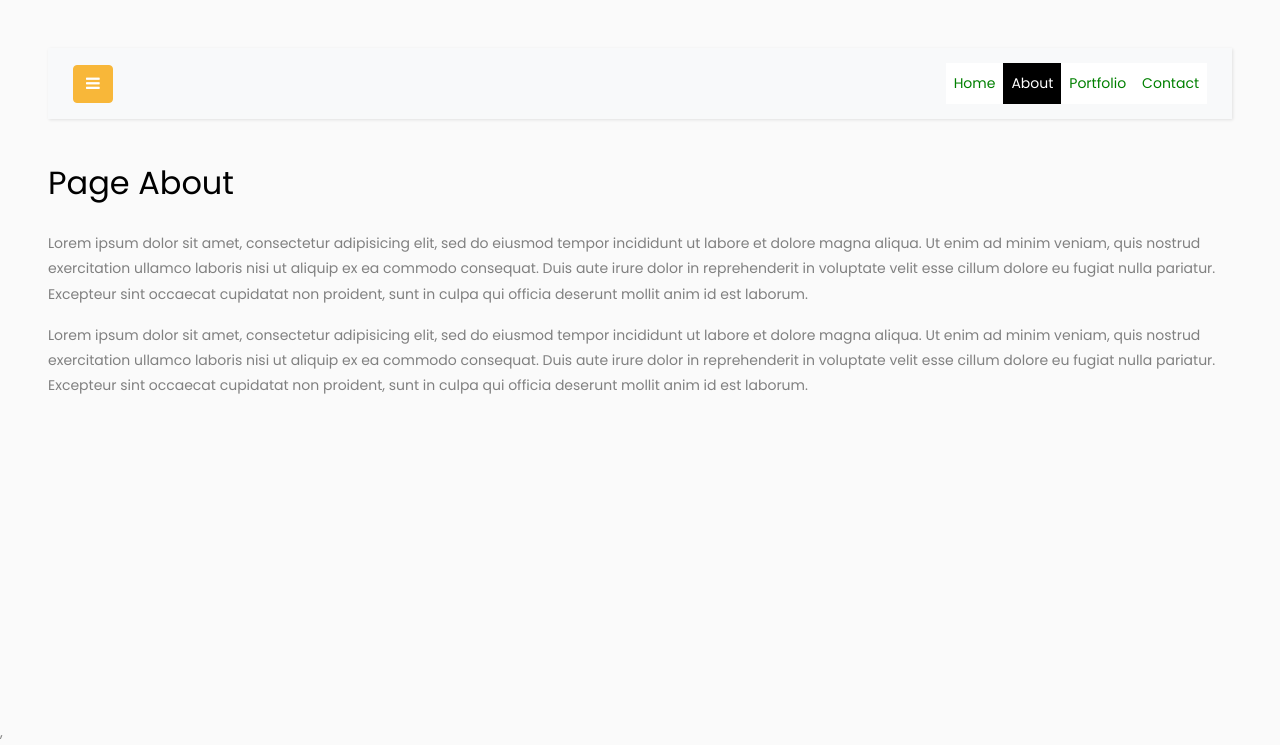
Repository: TinhTT336/MD02_Session08
Page: /about
An editor plug-in stored every save of this project. The page is shown before and after the next save, followed by the edit.
The browser window is 1280 px wide. The pictures show the whole page.
The project was rebuilt for these pictures with package versions that can differ from the ones it lists, and the page was loaded fresh each time. Also part of the build but not shown: vite.config.js, src/App.css, src/components/Lession01/Home.jsx, src/components/Lession01/Contact.jsx, src/components/Lession01/Portfolio.jsx, src/index.css.

Above is the page before, as saved 2023-09-06 15:08:31.

### index.html
<!DOCTYPE html>
<html lang="en">
  <head>
    <meta charset="UTF-8" />
    <link rel="icon" type="image/svg+xml" href="/vite.svg" />
    <meta name="viewport" content="width=device-width, initial-scale=1.0" />
    <title>Vite + React</title>
    <link
      href="https://fonts.googleapis.com/css?family=Poppins:300,400,500,600,700,800,900"
      rel="stylesheet"
    />

    <link
      rel="stylesheet"
      href="https://stackpath.bootstrapcdn.com/font-awesome/4.7.0/css/font-awesome.min.css"
    />
    <link rel="stylesheet" href="./public/style.css" />
  </head>
  <body>
    <div id="root"></div>
    <script type="module" src="/src/main.jsx"></script>
  </body>
</html>

### src/main.jsx
import React from 'react'
import ReactDOM from 'react-dom/client'
import App from './App.jsx'
import './index.css'
import { BrowserRouter } from 'react-router-dom'

ReactDOM.createRoot(document.getElementById('root')).render(
  <BrowserRouter>
    <React.StrictMode>
      <App />
    </React.StrictMode>,
  </BrowserRouter>
)

### src/App.jsx

import { NavLink, Route, Routes } from 'react-router-dom'
import './App.css'
import Home from './components/Lession01/Home'
import Contact from './components/Lession01/Contact'
import About from './components/Lession01/About'
import Portfolio from './components/Lession01/Portfolio'
import Navbar from './components/Lession01/Navbar'

function App() {
  // const styleNavLink = ({ isActive }) => ({
  //   color: isActive ? "white" : "green",
  //   backgroundColor: isActive ? "black" : "white",
  // })
  return (
    <>
      {/* <Navbar /> */}
      <div>
        <div className="wrapper d-flex align-items-stretch">
          {/* Page Content  */}
          <div id="content" className="p-4 p-md-5">
            {/* <nav className="navbar navbar-expand-lg navbar-light bg-light">
              <div className="container-fluid">
                <button type="button" id="sidebarCollapse" className="btn btn-primary">
                  <i className="fa fa-bars" />
                  <span className="sr-only">Toggle Menu</span>
                </button>
                <button
                  className="btn btn-dark d-inline-block d-lg-none ml-auto"
                  type="button"
                  data-toggle="collapse"
                  data-target="#navbarSupportedContent"
                  aria-controls="navbarSupportedContent"
                  aria-expanded="false"
                  aria-label="Toggle navigation"
                >
                  <i className="fa fa-bars" />
                </button>
                <div className="collapse navbar-collapse" id="navbarSupportedContent">
                  <ul className="nav navbar-nav ml-auto">
                    <li className="nav-item active">
                      <NavLink to={"/"} style={styleNavLink} className="nav-link">
                        Home
                      </NavLink>
                    </li>
                    <li className="nav-item">
                      <NavLink to={"/about"} style={styleNavLink} className="nav-link">
                        About
                      </NavLink>
                    </li>
                    <li className="nav-item">
                      <NavLink to={"/portfolio"} style={styleNavLink} className="nav-link" >
                        Portfolio
                      </NavLink>
                    </li>
                    <li className="nav-item">
                      <NavLink to={"/contact"} style={styleNavLink} className="nav-link" >
                        Contact
                      </NavLink>
                    </li>
                  </ul>
                </div>
              </div>
            </nav> */}
            <Navbar />
            <Routes>
              <Route path='/' element={<Home />}></Route>
              <Route path='/contact' element={<Contact />}></Route>
              <Route path='/about' element={<About />}></Route>
              <Route path='/portfolio' element={<Portfolio />}></Route>
            </Routes>
          </div>
        </div>
      </div>

    </>
  )
}

export default App

### src/components/Lession01/About.jsx
import React from 'react'

export default function About() {
    return (
        <div>
            <h2 className="mb-4">Page About</h2>
            <p>
                Lorem ipsum dolor sit amet, consectetur adipisicing elit, sed do eiusmod
                tempor incididunt ut labore et dolore magna aliqua. Ut enim ad minim
                veniam, quis nostrud exercitation ullamco laboris nisi ut aliquip ex ea
                commodo consequat. Duis aute irure dolor in reprehenderit in voluptate
                velit esse cillum dolore eu fugiat nulla pariatur. Excepteur sint occaecat
                cupidatat non proident, sunt in culpa qui officia deserunt mollit anim id
                est laborum.
            </p>
            <p>
                Lorem ipsum dolor sit amet, consectetur adipisicing elit, sed do eiusmod
                tempor incididunt ut labore et dolore magna aliqua. Ut enim ad minim
                veniam, quis nostrud exercitation ullamco laboris nisi ut aliquip ex ea
                commodo consequat. Duis aute irure dolor in reprehenderit in voluptate
                velit esse cillum dolore eu fugiat nulla pariatur. Excepteur sint occaecat
                cupidatat non proident, sunt in culpa qui officia deserunt mollit anim id
                est laborum.
            </p>
        </div>
    )
}

### src/components/Lession01/Navbar.jsx
import React from 'react'
import { NavLink } from 'react-router-dom'

export default function Navbar() {
    const styleNavLink = ({ isActive }) => ({
        color: isActive ? "white" : "green",
        backgroundColor: isActive ? "black" : "white",
    })
    return (
        <div>
            <nav className="navbar navbar-expand-lg navbar-light bg-light">
                <div className="container-fluid">
                    <button type="button" id="sidebarCollapse" className="btn btn-primary">
                        <i className="fa fa-bars" />
                        <span className="sr-only">Toggle Menu</span>
                    </button>
                    <button
                        className="btn btn-dark d-inline-block d-lg-none ml-auto"
                        type="button"
                        data-toggle="collapse"
                        data-target="#navbarSupportedContent"
                        aria-controls="navbarSupportedContent"
                        aria-expanded="false"
                        aria-label="Toggle navigation"
                    >
                        <i className="fa fa-bars" />
                    </button>
                    <div className="collapse navbar-collapse" id="navbarSupportedContent">
                        <ul className="nav navbar-nav ml-auto">
                            <li className="nav-item active">
                                <NavLink to={"/"} style={styleNavLink} className="nav-link">
                                    Home
                                </NavLink>
                            </li>
                            <li className="nav-item">
                                <NavLink to={"/about"} style={styleNavLink} className="nav-link">
                                    About
                                </NavLink>
                            </li>
                            <li className="nav-item">
                                <NavLink to={"/portfolio"} style={styleNavLink} className="nav-link" >
                                    Portfolio
                                </NavLink>
                            </li>
                            <li className="nav-item">
                                <NavLink to={"/contact"} style={styleNavLink} className="nav-link" >
                                    Contact
                                </NavLink>
                            </li>
                        </ul>
                    </div>
                </div>
            </nav>
        </div>
    )
}

Loaded but not shown: public/style.css (library); public/lession02/style.css (library)

After the next save:
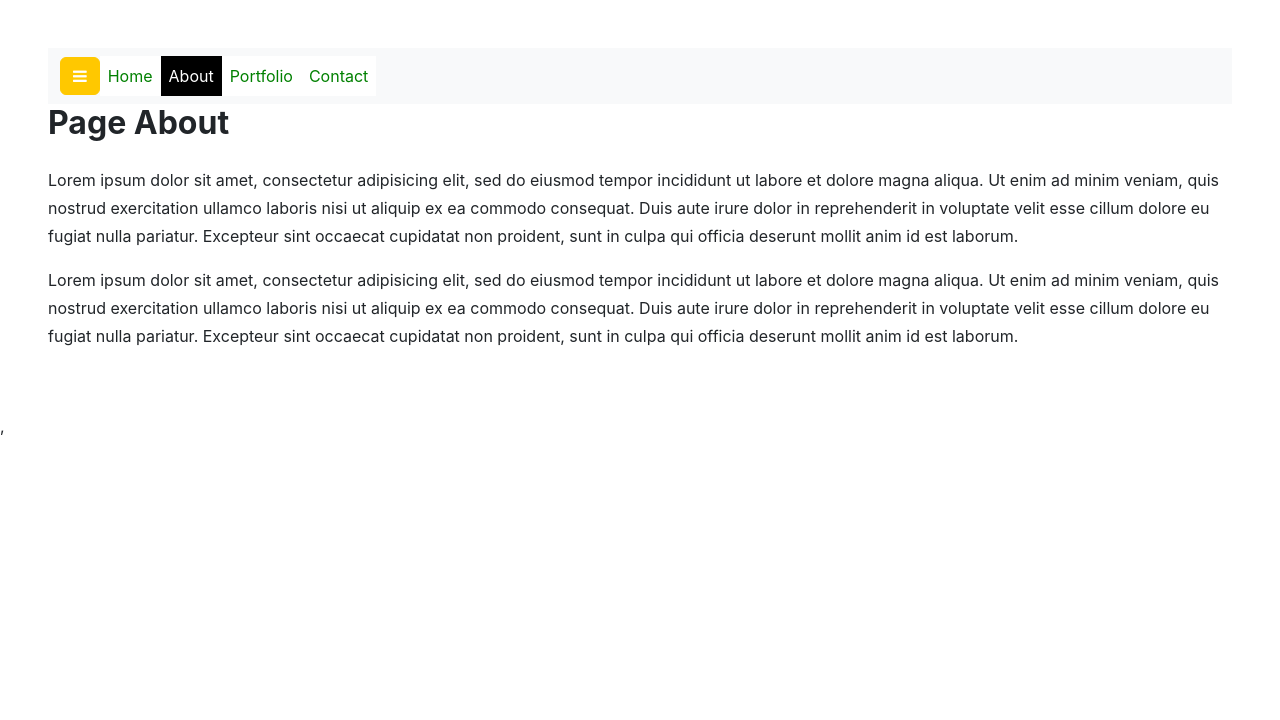
Saved 36 s later.
--- a/index.html
+++ b/index.html
@@ -14,7 +14,8 @@
       rel="stylesheet"
       href="https://stackpath.bootstrapcdn.com/font-awesome/4.7.0/css/font-awesome.min.css"
     />
-    <link rel="stylesheet" href="./public/style.css" />
+    <!-- <link rel="stylesheet" href="./public/style.css" /> -->
+    <link rel="stylesheet" href="./public/lession02/style.css" />
   </head>
   <body>
     <div id="root"></div>
